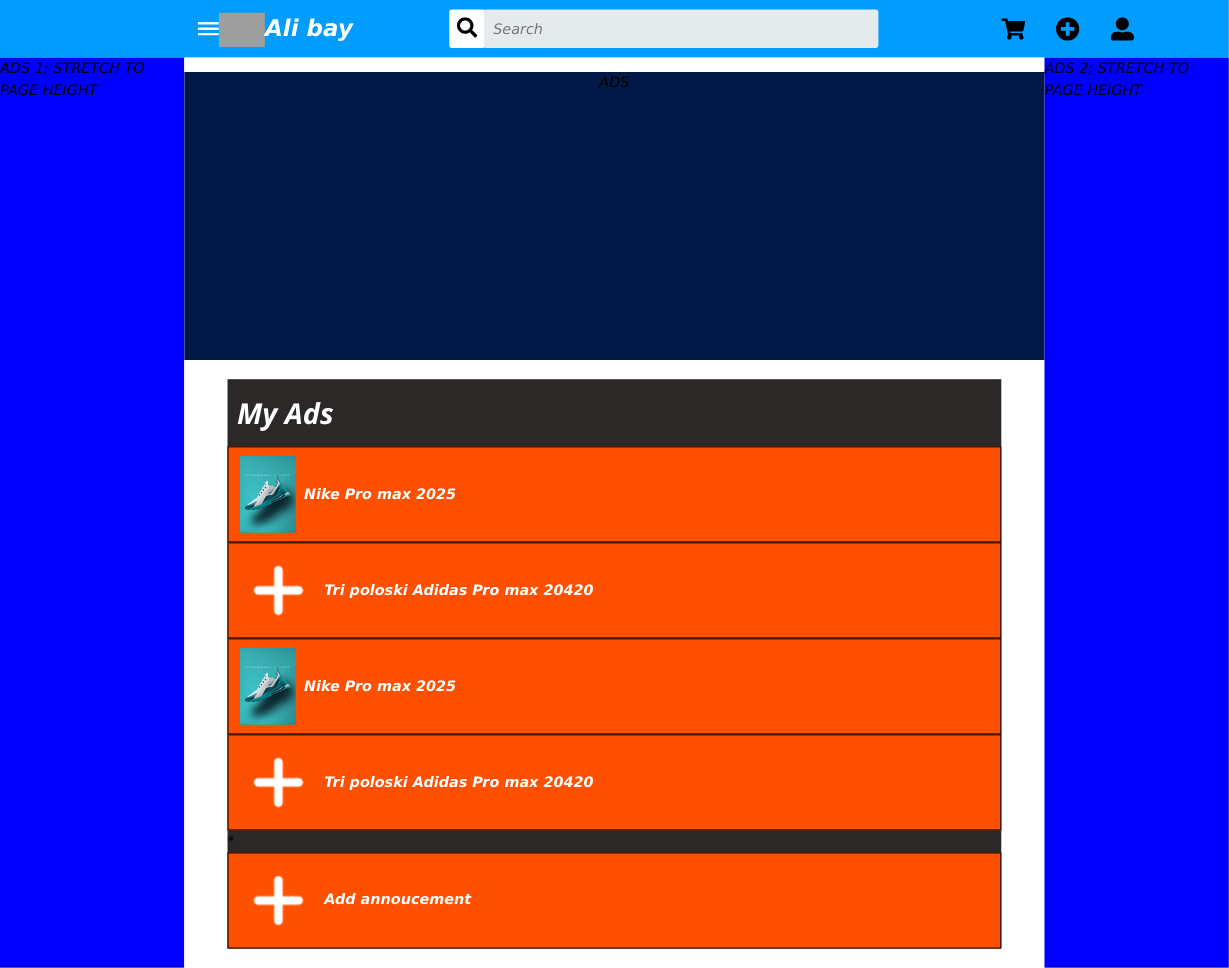
Repository: Aramys21/alibay-site
Page: public/ad_list.html
The author's editor kept a copy of each file at every save. The page is drawn from the files as they stood at one save, then again after the next save.
The browser window is 1280 px wide. The pictures show the whole page, at 96% of full size.
Pictures or frames that could not be fetched are drawn as grey boxes.

Above is the page before, as saved 2023-04-05 00:37:43.

### public/ad_list.html
<!DOCTYPE html>
<html>
  <head>
	<link rel="stylesheet" href="src/css/w3.css">
	<link rel="stylesheet" href="src/css/style.css">
	<link rel="stylesheet" href="src/css/style4.css">
    <title>Ads List Page</title>
  </head>
  <body>
	<div class="w3-sidebar w3-bar-block w3-card w3-animate-left side-bar" style="display:none" id="mySidebar">
		<!-- Side bar Menu -->
		<div class="sidebar-language">
			<button class="w3-bar-item w3-button w3-xlarge sidebar">ENG</button>
			<button class="w3-bar-item w3-button w3-xlarge sidebar">FR</button>
			<button class="w3-bar-item w3-button w3-xlarge sidebar">عربي</button>
		</div>
		<!-- contents of side bar -->
		<a class="w3-bar-item sidebar-title">Compte</a>
		<a href="login.html" class="w3-bar-item sidebar-link"><img class="search-icon" src="src/icons/account-white-icon.svg" style="height:12px;"> Login</a>
		<a href="register.html" class="w3-bar-item sidebar-link"><img class="search-icon" src="src/icons/account-add-icon.svg" style="height:12px;"> Register</a>
		<!-- separator -->
		<a class="w3-bar-item sidebar-title">Categories</a>
		<a href="#" class="w3-bar-item sidebar-link"><img class="search-icon" src="src/icons/perfume-icon.svg" style="height:18px;"> Cosmetique et beauté</a>
		<a href="#" class="w3-bar-item sidebar-link"><img class="search-icon" src="src/icons/watch-icon.svg" style="height:18px;"> Accessoire de mode</a>
		<a href="#" class="w3-bar-item sidebar-link"><img class="search-icon" src="src/icons/car-icon.svg" style="height:18px;"> Véhicules</a>
		<a href="#" class="w3-bar-item sidebar-link"><img class="search-icon" src="src/icons/battery-icon.svg" style="height:18px;"> piéces détachées</a>
		<a href="#" class="w3-bar-item sidebar-link"><img class="search-icon" src="src/icons/android-icon.svg" style="height:18px;"> Téléphones</a>
		<a href="#" class="w3-bar-item sidebar-link"><img class="search-icon" src="src/icons/headphones-icon.svg" style="height:18px;"> Accessoires de téléphones</a>
		<a href="#" class="w3-bar-item sidebar-link"><img class="search-icon" src="src/icons/appliance-icon.svg" style="height:18px;"> Electronique et electroménager</a>
		<a href="vetements.html" class="w3-bar-item sidebar-link"><img class="search-icon" src="src/icons/clothes-icon.svg" style="height:18px;"> Vétements</a>
	</div>

   <div id="navbar" class="navbar">
		<a href="#" id="openNav" class="w3-large navbar-first" onclick="menu_click()"><svg width="22" height="14" viewBox="0 0 22 14" fill="none" xmlns="http://www.w3.org/2000/svg">
			<path d="M0.785714 2.57143H21.2143C21.6482 2.57143 22 2.31561 22 2V0.571429C22 0.255821 21.6482 0 21.2143 0H0.785714C0.351754 0 0 0.255821 0 0.571429V2C0 2.31561 0.351754 2.57143 0.785714 2.57143ZM0.785714 8.28571H21.2143C21.6482 8.28571 22 8.02989 22 7.71429V6.28571C22 5.97011 21.6482 5.71429 21.2143 5.71429H0.785714C0.351754 5.71429 0 5.97011 0 6.28571V7.71429C0 8.02989 0.351754 8.28571 0.785714 8.28571ZM0.785714 14H21.2143C21.6482 14 22 13.7442 22 13.4286V12C22 11.6844 21.6482 11.4286 21.2143 11.4286H0.785714C0.351754 11.4286 0 11.6844 0 12V13.4286C0 13.7442 0.351754 14 0.785714 14Z" fill="white"/>
			</svg>
			</a>
		<div class="navbar__logo"><a href="home.html"><img src="src/images/logo-ab.png" style="width:8%;height:auto;"/>Ali bay</a></div>
		<div class="navbar__search">
		<a class="search-icon-link" href="#"><img class="search-icon" src="src/icons/search-icon.svg" style="width:22px;"></a>
		<input type="text" placeholder="Search" class="navbar__search__input"/>
		</div>
		<div class="navbar__links">


			<div class="dropdown">
				<a href="#" class="dropbtn"><img class="nav-icons" src="src/icons/cart-icon.svg"></a>
				<div id="dropdown-cart" class="dropdown-content">
					<p>My Cart</p>
					<a href="#"><img class="search-icon" src="src/icons/clothes-icon.svg"> Link 1</a>
					<a href="#"><img class="search-icon" src="src/icons/watch-icon.svg"> Link 2</a>
					<a href="#"><img class="search-icon" src="src/icons/appliance-icon.svg"> Link 3</a>
				</div>
			</div>

			<div class="dropdown">
				<a href="ad_list.html" class="dropbtn"><img class="nav-icons" src="src/icons/add-icon.svg"></a>
			</div>

			<div class="dropdown">
				<a href="#" class="dropbtn"><img class="nav-icons" src="src/icons/account-icon.svg"></a>
				<div id="dropdown-acc" class="dropdown-content">
					<p>My Account</p>
					<div class="dropdown-acc-info-container">
						<div class="dropdown-acc-icon"><img id="dropdown-account-icon" src="src/icons/account-icon.svg"></div>
						<a id="dropdown-acc-username">WexDex</a>
					</div>

					<a href="#">Disconnect</a>
				</div>
			</div>

      </div>
    </div>
	<script>
		function menu_click() {
		  if (document.getElementById("mySidebar").style.display === "none") {
			  document.getElementById("mySidebar").style.left = "0";
			  document.getElementById("mySidebar").style.width = "15%";
			  document.getElementById("mySidebar").style.display = "block";
		  }
		  else {
			  document.getElementById("mySidebar").style.display = "none";
		  }
		}
		function w3_close() {
			  document.getElementById("mySidebar").style.display = "none";
		}
	</script>

	<!-- Body Start -->
	<div id="container" style="display:flex;">
	<div class="left">ADS 1; STRETCH TO PAGE HEIGHT</div>
	<div class="main">
		<!-- ADS -->
		<div class="ad-box">
			<p>ADS</p>
		</div>
		<!-- main content -->

		<div class="list-container">
			<div class="list-label"><h2>My Ads</h2></div>
			<!-- Item list -->

			<!-- Single item start -->
			<div class="list-item">
				<a><img src="src/images/ades (1).png"></a>
				<a>Nike Pro max 2025</a>
			</div>
			<!-- single item end -->

			<!-- Single item start -->
			<div class="list-item">
				<a><img src="src/images/ades (2).png"></a>
				<a>Tri poloski Adidas Pro max 20420</a>
			</div>
			<!-- single item end -->

			<!-- Single item start -->
			<div class="list-item">
				<a><img src="src/images/ades (1).png"></a>
				<a>Nike Pro max 2025</a>
			</div>
			<!-- single item end -->

			<!-- Single item start -->
			<div class="list-item">
				<a><img src="src/images/ades (2).png"></a>
				<a>Tri poloski Adidas Pro max 20420</a>
			</div>
			<!-- single item end -->*
			<div class="list-item">
				<a><img src="src/images/ades (2).png"></a>
				<a>Add annoucement</a>
			</div>
		</div>


	</div>
		<div class="right">ADS 2; STRETCH TO PAGE HEIGHT</div>
	</div>

	<a href="#" class="back-to-top"></a>
	<script>
		const backToTopButton = document.querySelector('.back-to-top');

		window.addEventListener('scroll', () => {
		  if (window.scrollY > 200) {
			backToTopButton.classList.add('show');
		  } else {
			backToTopButton.classList.remove('show');
		  }
		});

		backToTopButton.addEventListener('click', () => {
		  window.scrollTo({ top: 0, behavior: 'smooth' });
		});

	</script>
  </body>
</html>

### public/src/css/style.css
html,
body {

  font-style: italic;
}

/* Style for the navbar */
  .navbar {
	display: flex;
	justify-content: space-between;
	align-items: center;
	background-color: #009dff;
	color: #fff;
	padding: 10px;
	height: 60px;
  }
  .navbar__logo a {
	font-size: 24px;
	font-weight: bold;
	display: inline;
	color: #fff;
	text-decoration: none;

  }
  .navbar__logo img {
	  width:20% !important;
  }
  .navbar-first {
	  margin-left: 15%;
  }
  .navbar__logo {
	  display: inline;
	  width: 30%;
  }
  .navbar__search {
	  display: flex;
	  width:70%;
  }

  .navbar__search__input {
	/* margin: 0 20px; */
	margin-left: -2px;
	height: 40px;
	border-radius: 3px;
	border: none;
	padding: 0 10px;
	z-index: 1;
  }

  input[type="text"].navbar__search__input {
	margin-right: 20%;
	width: 100% !important;
	background-color: #e5eaed;
  }
  .search-icon-link {
	padding-top: 7px;
	background-color: #ffffff;
	border-radius: 3px;
	border: none;
	padding-left: 8px;
	padding-right: 8px;
  }

  .navbar__links {
	display: flex;
	margin-right: 5%;
  }
  .navbar__links a {
	color: #000;
	text-decoration: none;
	margin-right: 30px;
	font-size: 20px;
	margin-right: 50px;
  }
  .navbar__links a:last-child {
	margin-right: 0;
  }


  .nav-icons {
	  fill: black;
	  color: black;
  }

.side-bar {
	transition: 0.5s;
	background-color: #009dff;
	color: #fff;
}

#navbar {
  transition: margin-left .5s;
  padding: 20px;
}

@media screen and (max-height: 450px) {
  .navbar {padding-top: 15px;}
  .navbar a {font-size: 18px;}
}

/* Drop down */

.dropdown {
  float: left;
  overflow: hidden;
}

.dropdown .dropbtn {
  font-size: 16px;
  border: none;
  outline: none;
  color: white;
  padding: 14px 16px;
  background-color: inherit;
  font-family: inherit;
  margin: 0;
}

.navbar a:hover, .dropdown:hover .dropbtn {

}

.dropdown-content {
  display: none;
  position: absolute;
  background-color: #f9f9f9;
  box-shadow: 0px 8px 16px 0px rgba(0,0,0,0.2);
  z-index: 1;
  right : 10px;
}
#dropdown-cart {
	min-width: 400px;
}
#dropdown-acc {
	min-width: 250px;
}

.dropdown-acc-info-container {
	display: flex;
	align-items: center;
	background-color: #2D2828;
}
.dropdown-acc-info-container a {
	color: white;
	font-size: 20px;

}

.dropdown-acc-icon {
  display: flex;
  justify-content: center;
  align-items: center;
  width: 70px;
  height: 70px !important;
  border-radius: 50%;
  background-color: #FE5000;
  margin-bottom: 5px;
  color: white;
  margin: 5px;
}

.dropdown-acc-icon img {
	fill: #fff;
	color: #fff;
}

.dropdown-content a:not([id="dropdown-acc-username"]),.dropdown-content p,.dropdown-content img {
  float: none;
  color: #fff;
  padding: 6px 10px;
  text-decoration: none;
  display: flex;
  text-align: left;
  margin-right: 0;
  background-color: #FE5000;
}
.dropdown-content img {
	background-color: transparent;
}
.dropdown-content a {
	display: flex;
}

.dropdown-content p {
	background-color: #2D2828;
	margin-bottom: 0;
	margin-top: 0;
	font-size: 20px;
	color: #fff;
}
#dropdown-acc p {
	background-color: #000;
}

.dropdown-content a:hover:not([id="dropdown-acc-username"]),.dropdown-content img:hover {
  background-color: #942B0A;
}
#dropdown-account-icon:hover {
	background-color: transparent;
}

.dropdown:hover .dropdown-content {
  display: block;
}

/* Sidebar */

.sidebar-language button {
	width: 34%;
	font-size: 20px;
}
.sidebar-language {
	display: flex;
	background-color: #0077ff;
	color: #fff;
}
a.sidebar-title, a.sidebar-link {
	text-decoration: none;
}
a.sidebar-link {
	margin-left: 5%;
}
a.sidebar-link:hover {
	background-color: #942B0A;
}


/* Body Structure */
.container {
  justify-content: center;
  align-items: center;
}
.left,
.right {
  display:flex;
  /* height: 100%; */
  width: 15%;
}
.left {
  background-color: blue;
}

.right {
  background-color: blue;
}

.main {
  height: 100%;
  background-color: white;
  width: 70%;
}


/* Content */
.ad-box {
	height:300px;
	background-color: #021947;
	text-align: center;
	align-items: middle;
	margin: auto;
	width:100%;

}

.ad-box img {
	color: #000;
	font-size: 40px;
	margin: auto;
  background-size: cover;
  width: 100%;
  height: 100%;

}
.right img{
  width: 100%;
  height: 100%;

}

/* Categories */

.category-links {
	display: flex;
	justify-content: space-between;
	align-items: center;
  justify-content: center;
	background-color: #2D2828;
	height: 250px;
  padding-top: 10px;
	/* padding-left: 5%;
	padding-right: 5%; */
	flex-wrap: wrap;
	width:auto;
	/* margin-left: 15%; */
	/* margin-right: auto; */
}

.category-link {
  display: flex;
  flex-direction: column;
  justify-content: center;
  align-items: center;
  text-align: center;
  width: 100px;
  height: 120px;
  text-decoration: none;
  font-weight: bold;
  font-size: 1.2em;
  margin-right: 10px;
}

.category-icon {
  display: flex;
  justify-content: center;
  align-items: center;
  width: 70px;
  height: 70px !important;
  border-radius: 50%;
  background-color: #009dff;
  margin-bottom: 5px;
  color: white;
}
.category-icon.active-category {
  background-color: #8CBE39;
}

.category-icon img {
	fill: #fff;
	color: #fff;
}
.icn{
color: #fff;
fill: #fff;
height: 75% ;
}
.category-text {
  display: flex;
  text-overflow: ellipsis;
  overflow: hidden;
  word-wrap: break-word;
  color: white;
  font-size: 1rem;
  height: 50px;
}
/* Filter Bar */
.filter-container {
	/* width: 80%; */
	margin: auto;
	margin-top: 20px;
	display: flex;
	justify-content: center;
}
.filter-bar {
	display: flex;
	width: 40%;
	margin-right: 10%;
}
.filter-bar input {
	width: 100%;
	background-color: #009dff;
	border: none;
	color: white;
	border-top-left-radius: 5px;
	border-bottom-left-radius: 5px;
}

.filter-search-icon-link {
	padding: 8px;
	background-color: #08024f;
	border-top-right-radius: 3px;
	border-bottom-right-radius: 3px;
	border: none;
  }
/* Filter Dropdown */
.filter-dropdown {
  position: relative;
  display: inline-block;
}

.filter-btn {
  background-color: #009dff;
  color: white;
  padding: 10px;
  border: none;
  cursor: pointer;
  border-radius: 15px;
  font-size: 18px;
}

.filter-content {
  display: none;
  position: absolute;
  background-color: #009dff;
  min-width: 200px;
  z-index: 1;
  padding: 10px;
  box-shadow: 0px 8px 16px 0px rgba(0,0,0,0.2);
  border: black solid 1px;
}
.filter-content select,.filter-content input {
	background-color: #2D2828;
	color: white;
}

.filter-content form {
  margin: 0;
}

.filter-content label {
  display: block;
  font-weight: bold;
  margin-bottom: 5px;
}

.filter-content select, .filter-content input {
  display: block;
  margin-bottom: 10px;
  width: 100%;
  padding: 5px;
  border: 1px solid #ccc;
  border-radius: 4px;
  box-sizing: border-box;
}

.filter-content button[type=submit] {
  background-color: #4CAF50;
  color: white;
  border: none;
  padding: 10px;
  cursor: pointer;
}

.filter-dropdown:hover .filter-content {
  display: block;
}


/* Products List */
.product-list {
	display: flex;
	flex-wrap: wrap;
	justify-content: space-between;
	padding-left: 10%;
	padding-right: 10%;
	padding-top: 5%;
	width:100%;
}

.product-card {
  width: calc((100% / 3) - 20px);
  margin-bottom: 20px;
  box-shadow: 0 0 5px rgba(0, 0, 0, 0.2);
  border-radius: 5px;
  overflow: hidden;
  background-color: #006afe;
}

.product-card-img {
  display: block;
  width: 100%;
  height: 350px;
}

.product-card h2 {
  font-size: 1.2em;
  margin: 10px;
}

.product-card p {
  font-size: 0.9em;
  margin: 10px;
  color: #555;
}

.product-icons {
	display: flex;
	align-items: center;
	width: 50%;
}

.product-card a.card-icon-links {
  margin-left: 20px;
  padding: 20px 0px;
  border: none;
  color: white;
  font-weight: bold;
  border-radius: 5px;
  cursor: pointer;
}

.card-icons img {
	width: 33%;
	height: 33%;
}

/* Back to Top button */
.back-to-top {
  display: none;
  position: fixed;
  bottom: 20px;
  right: 20px;
  width: 50px;
  height: 50px;
  background-color: #007bff;
  color: white;
  border-radius: 50%;
  text-align: center;
  line-height: 50px;
  font-size: 24px;
  cursor: pointer;
  z-index: 9999;
  transition: opacity 0.4s ease-in-out;
  text-decoration: none;
}

.back-to-top:before {
  content: "\2191";
  font-family: Arial, sans-serif;
  font-weight: bold;
}

.back-to-top:hover {
  opacity: 0.8;
}

.back-to-top.active {
  display: block;
}


.back-to-top.show {
  display: block;
  opacity: 1;
}

### public/src/css/style4.css
.list-container {
	width: 90%;
	background-color: #2D2828;
	margin: auto;
	margin-top: 20px;
	margin-bottom: 20px;
}

.list-label {
	min-height: 70px;
	max-height: 70px;
	display: flex;
    align-items: center;
}

.list-item {
	min-height: 100px;
	max-height: 100px;
	display: flex;
    align-items: center;
	background-color: #FE5000;

	border: black solid 1px;
}

.list-item img {
	height: 80px;
	margin-left: 3%;
}

.list-container h2 {
	color: white;
	font-weight: bold;
	margin-left: 10px;
}

.list-item a {
	color: white;
	font-size: 30;
	font-weight: bold;
	margin-left: 10px;
}

Loaded but not shown: public/src/css/w3.css (library)

After the next save:
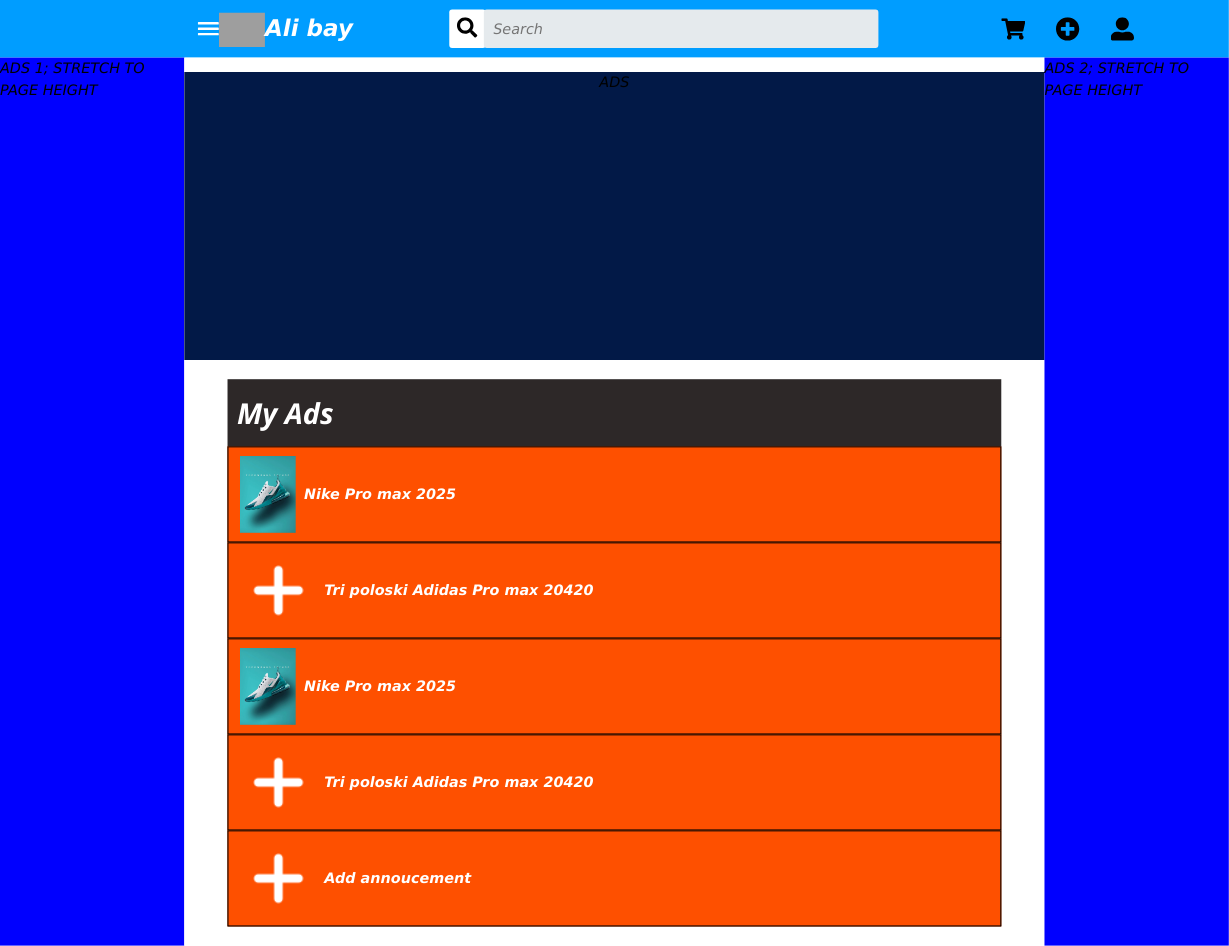
Saved 22 s later.
--- a/public/ad_list.html
+++ b/public/ad_list.html
@@ -128,7 +128,7 @@
 				<a><img src="src/images/ades (2).png"></a>
 				<a>Tri poloski Adidas Pro max 20420</a>
 			</div>
-			<!-- single item end -->*
+			<!-- single item end -->
 			<div class="list-item">
 				<a><img src="src/images/ades (2).png"></a>
 				<a>Add annoucement</a>
